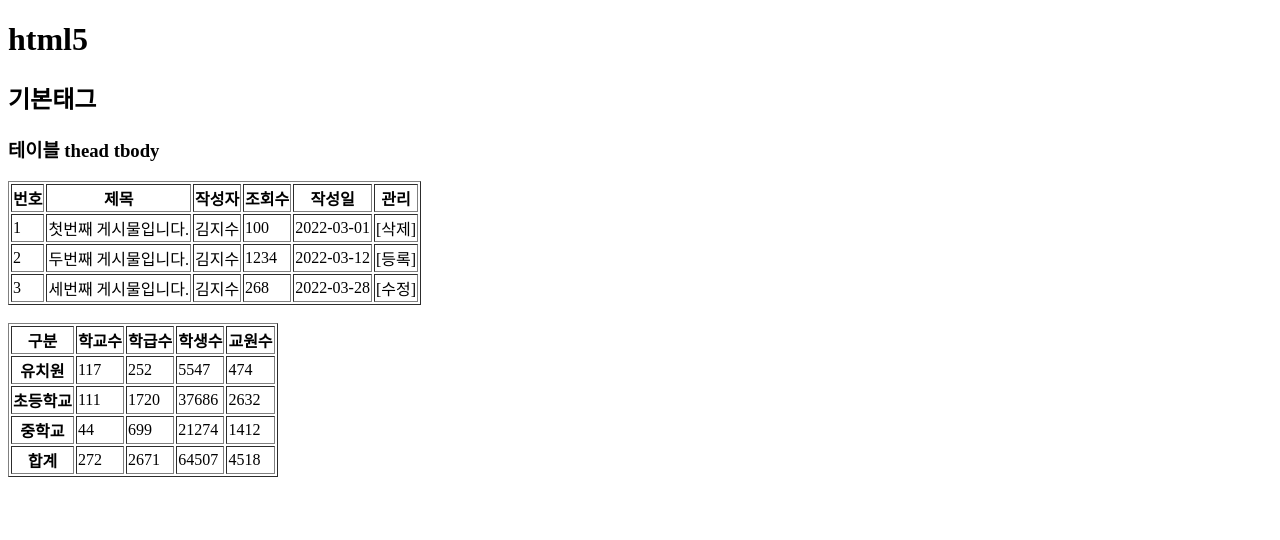
Repository: jeemaru/htme_01
Page: html_01/ex07.html
These files come from the project's save history. The page is drawn as it stood at one moment and after the next save; the edit follows.
The browser window is 1280 px wide. The pictures show the whole page.

Above is the page before, as saved 2022-04-01 05:12:32.

After the next save:
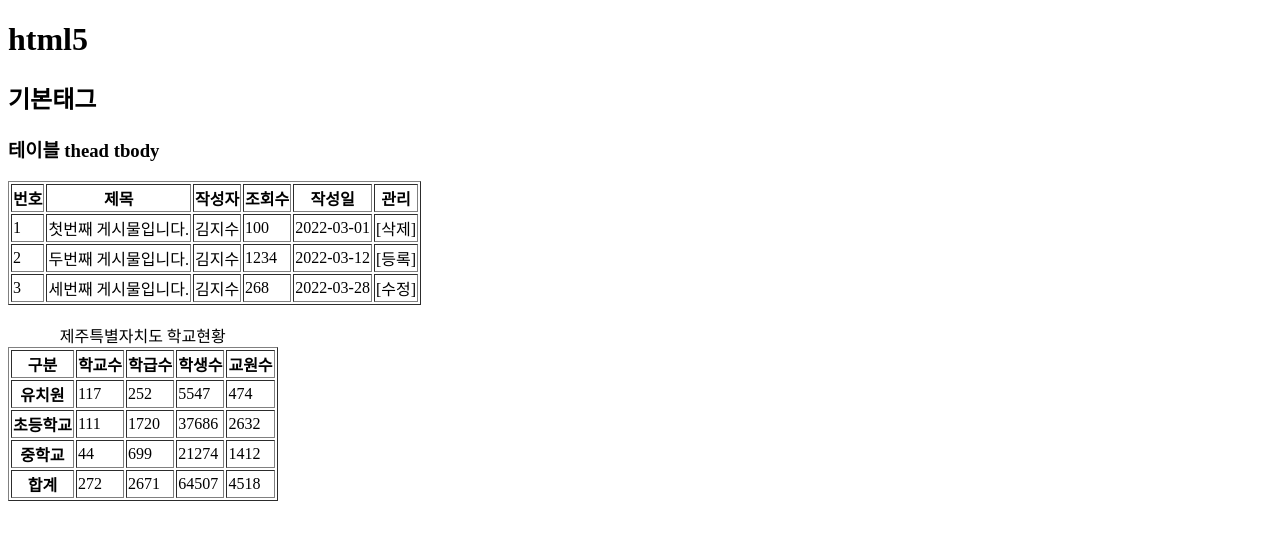
Saved 102 s later.
--- a/html_01/ex07.html
+++ b/html_01/ex07.html
@@ -56,6 +56,7 @@
 		<br>
 
 		<table border="1">
+		<caption>제주특별자치도 학교현황</caption>
 			<thead>
 				<tr>
 					<th>구분</th>
